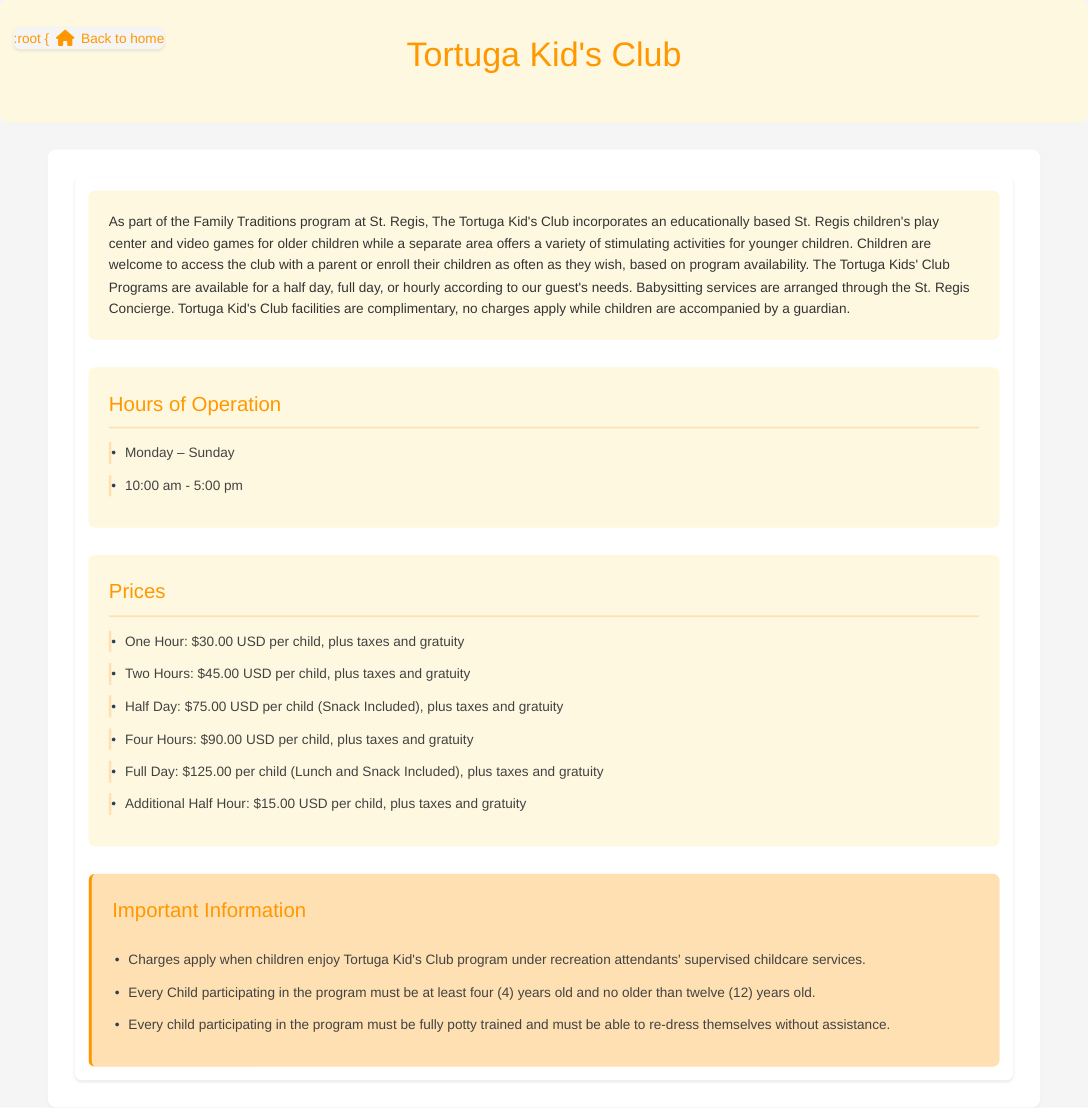
Repository: chvg1968/luxephonebook
Page: public/pages/tortuga.html
The author's editor kept a copy of each file at every save. The page is drawn from the files as they stood at one save, then again after the next save.
The browser window is 1280 px wide. The pictures show the whole page, at 85% of full size.

Above is the page before, as saved 2025-01-23 18:18:32.

### public/pages/tortuga.html
<!DOCTYPE html>
<html lang="en">
<head>
    <meta charset="UTF-8">
    <meta name="viewport" content="width=device-width, initial-scale=1.0">
    <title>Tortuga Kid's Club</title>
    <link rel="stylesheet" href="/public/assets/styles/main.css">
    <link rel="stylesheet" href="/public/assets/styles/components/tortuga.css">
    <link rel="stylesheet" href="https://cdnjs.cloudflare.com/ajax/libs/font-awesome/6.0.0/css/all.min.css">
</head>
<body>
    <main>
        <div class="property-welcome">
            <h1 id="propertyTitle">Tortuga Kid's Club</h1>
            <a href="villaclara.html" class="back-to-home">:root {

                <i class="fas fa-home"></i>
                <span>Back to home</span>
            </a>
        </div>

        <div class="property-container">
            <div class="property-content">
                <div class="property-hero">
                    <div class="property-info">
                        <div class="info-section">
                            <p>As part of the Family Traditions program at St. Regis, The Tortuga Kid's Club incorporates an educationally based St. Regis children's play center and video games for older children while a separate area offers a variety of stimulating activities for younger children. Children are welcome to access the club with a parent or enroll their children as often as they wish, based on program availability. The Tortuga Kids' Club Programs are available for a half day, full day, or hourly according to our guest's needs. Babysitting services are arranged through the St. Regis Concierge. Tortuga Kid's Club facilities are complimentary, no charges apply while children are accompanied by a guardian.</p>
                        </div>

                        <div class="info-section">
                            <h3>Hours of Operation</h3>
                            <ul class="info-list">
                                <li>Monday – Sunday</li>
                                <li>10:00 am - 5:00 pm</li>
                            </ul>
                        </div>

                        <div class="info-section">
                            <h3>Prices</h3>
                            <ul class="info-list">
                                <li>One Hour: $30.00 USD per child, plus taxes and gratuity</li>
                                <li>Two Hours: $45.00 USD per child, plus taxes and gratuity</li>
                                <li>Half Day: $75.00 USD per child (Snack Included), plus taxes and gratuity</li>
                                <li>Four Hours: $90.00 USD per child, plus taxes and gratuity</li>
                                <li>Full Day: $125.00 per child (Lunch and Snack Included), plus taxes and gratuity</li>
                                <li>Additional Half Hour: $15.00 USD per child, plus taxes and gratuity</li>
                            </ul>
                        </div>

                        <div class="info-section warning">
                            <h3>Important Information</h3>
                            <ul class="info-list">
                                <li>Charges apply when children enjoy Tortuga Kid's Club program under recreation attendants' supervised childcare services.</li>
                                <li>Every Child participating in the program must be at least four (4) years old and no older than twelve (12) years old.</li>
                                <li>Every child participating in the program must be fully potty trained and must be able to re-dress themselves without assistance.</li>
                            </ul>
                        </div>
                    </div>
                </div>
            </div>
        </div>
    </main>
</body>
</html>

### public/assets/styles/main.css
:root {
    --primary-color: #2c3e50;
    --secondary-color: #3498db;
    --background-color: #f5f5f5;
    --card-background: #ffffff;
    --text-color: #333333;
    --border-radius: 8px;
    --spacing-sm: 8px;
    --spacing-md: 16px;
    --spacing-lg: 24px;
    --shadow-sm: 0 2px 4px rgba(0, 0, 0, 0.1);
    --shadow-md: 0 4px 6px rgba(0, 0, 0, 0.1);
    --transition-speed: 0.3s;
}

* {
    margin: 0;
    padding: 0;
    box-sizing: border-box;
}

body {
    font-family: 'Helvetica Neue', Arial, sans-serif;
    line-height: 1.6;
    color: var(--text-color);
    background-color: var(--background-color);
}

.container {
    max-width: 1200px;
    margin: 0 auto;
    padding: var(--spacing-lg);
}

.two-column-layout {
    display: grid;
    grid-template-columns: 1fr 1fr;
    gap: var(--spacing-lg);
    margin-top: var(--spacing-lg);
}

.property-column {
    background-color: var(--card-background);
    border-radius: var(--border-radius);
    padding: var(--spacing-lg);
    box-shadow: var(--shadow-sm);
    order: 1;
}

.search-column {
    background-color: var(--card-background);
    border-radius: var(--border-radius);
    padding: var(--spacing-lg);
    box-shadow: var(--shadow-sm);
    order: 2;
}

.main-menu {
    list-style: none;
    padding: 0;
}

.menu-item {
    margin-bottom: var(--spacing-sm);
}

.menu-button,
.sub-menu-button {
    width: 100%;
    display: flex;
    align-items: center;
    gap: var(--spacing-md);
    padding: var(--spacing-md);
    background-color: var(--card-background);
    border: none;
    border-radius: var(--border-radius);
    color: var(--primary-color);
    font-size: 1.1em;
    cursor: pointer;
    transition: all var(--transition-speed);
    box-shadow: var(--shadow-sm);
}

.menu-button i,
.sub-menu-button i {
    font-size: 1.2em;
    width: 24px;
    text-align: center;
}

.menu-button:hover,
.sub-menu-button:hover {
    background-color: var(--secondary-color);
    color: white;
    transform: translateY(-2px);
    box-shadow: var(--shadow-md);
}

.menu-button.selected,
.sub-menu-button.selected {
    background-color: var(--primary-color);
    color: white;
}

.sub-menu {
    list-style: none;
    padding-left: var(--spacing-lg);
    margin-top: var(--spacing-sm);
    display: none; /* Oculto por defecto */
}

.menu-item:hover .sub-menu {
    display: block; /* Se muestra al hacer hover */
}

.sub-menu-item {
    margin-bottom: var(--spacing-sm);
}

.sub-menu-button {
    font-size: 0.95em;
    padding: var(--spacing-sm) var(--spacing-md);
    background-color: var(--background-color);
}

.sub-menu-button i {
    font-size: 1.1em;
}

.modal-container {
    display: none;
    position: fixed;
    top: 0;
    left: 0;
    width: 100%;
    height: 100%;
    background-color: rgba(0, 0, 0, 0.5);
    z-index: 1000;
    opacity: 0;
    transition: opacity var(--transition-speed);
}

.modal-container.active {
    display: flex;
    opacity: 1;
}

.modal-content {
    background-color: var(--card-background);
    border-radius: var(--border-radius);
    width: 90%;
    max-width: 800px;
    max-height: 90vh;
    margin: auto;
    position: relative;
    transform: translateY(-20px);
    transition: transform var(--transition-speed);
    overflow: hidden;
    display: flex;
    flex-direction: column;
}

.modal-container.active .modal-content {
    transform: translateY(0);
}

.modal-header {
    padding: var(--spacing-md);
    background-color: var(--primary-color);
    color: white;
    display: flex;
    align-items: center;
    gap: var(--spacing-md);
    position: sticky;
    top: 0;
}

.back-button {
    background: none;
    border: none;
    color: white;
    cursor: pointer;
    display: flex;
    align-items: center;
    gap: var(--spacing-sm);
    font-size: 1em;
    padding: var(--spacing-sm);
    border-radius: var(--border-radius);
    transition: background-color var(--transition-speed);
}

.back-button:hover {
    background-color: rgba(255, 255, 255, 0.1);
}

.modal-body {
    padding: var(--spacing-lg);
    overflow-y: auto;
    flex-grow: 1;
}

.search-section {
    background-color: var(--card-background);
    padding: var(--spacing-lg);
    border-radius: var(--border-radius);
    box-shadow: var(--shadow-sm);
    margin-bottom: var(--spacing-lg);
}

.search-box {
    display: flex;
    gap: var(--spacing-md);
    margin-bottom: var(--spacing-md);
}

.search-input {
    flex: 1;
    padding: var(--spacing-sm);
    border: 2px solid var(--border-color);
    border-radius: var(--border-radius);
    font-size: 1rem;
    transition: var(--transition);
    background-color: var(--card-background);
}

.search-input:focus {
    outline: none;
    border-color: var(--primary-color);
}

.category-select {
    padding: var(--spacing-sm);
    border: 2px solid var(--border-color);
    border-radius: var(--border-radius);
    font-size: 1rem;
    min-width: 200px;
    background-color: var(--card-background);
    cursor: pointer;
    transition: var(--transition);
}

.category-select:focus {
    outline: none;
    border-color: var(--primary-color);
}

.stats {
    color: var(--text-light);
    font-size: 0.9rem;
}

.results {
    display: grid;
    grid-template-columns: repeat(auto-fill, minmax(300px, 1fr));
    gap: var(--spacing-md);
    padding: var(--spacing-sm);
}

.card {
    background-color: var(--card-background);
    border-radius: var(--border-radius);
    padding: var(--spacing-md);
    box-shadow: var(--shadow-sm);
    transition: var(--transition);
}

.card:hover {
    box-shadow: var(--shadow-md);
    transform: translateY(-2px);
}

.property-welcome {
    text-align: center;
    margin-bottom: var(--spacing-lg);
    position: relative;
}

.property-image {
    width: 100%;
    max-height: 400px;
    object-fit: cover;
    border-radius: var(--border-radius);
    margin-bottom: var(--spacing-md);
}

.back-to-home {
    position: absolute;
    top: var(--spacing-md);
    left: var(--spacing-md);
    background-color: var(--background-color);
    padding: var(--spacing-xs) var(--spacing-sm);
    border-radius: var(--border-radius);
    text-decoration: none;
    color: var(--text-color);
    display: flex;
    align-items: center;
    gap: var(--spacing-xs);
    box-shadow: var(--shadow-sm);
    transition: var(--transition);
}

.back-to-home:hover {
    box-shadow: var(--shadow-md);
    transform: translateY(-2px);
}

.back-to-home i {
    font-size: 1.2rem;
}

.property-info {
    background-color: var(--card-background);
    padding: var(--spacing-md);
    border-radius: var(--border-radius);
    box-shadow: var(--shadow-sm);
}

.info-section {
    margin-bottom: var(--spacing-md);
}

.info-section:last-child {
    margin-bottom: 0;
}

.info-section h3 {
    margin-bottom: var(--spacing-sm);
    color: var(--text-color);
    font-weight: 600;
}

.info-list {
    list-style: none;
}

.info-list li {
    margin-bottom: var(--spacing-xs);
    padding-left: var(--spacing-md);
    position: relative;
}

.info-list li::before {
    content: "•";
    color: var(--primary-color);
    position: absolute;
    left: 0;
}

.warning {
    color: var(--primary-dark);
    font-weight: 500;
}

/* Estilos para las secciones de resultados */
.results-sections {
    margin-top: 2rem;
}

.category-section {
    margin-bottom: 2rem;
    scroll-margin-top: 2rem;
}

.category-section h2 {
    color: #333;
    font-size: 1.5rem;
    margin-bottom: 1rem;
    padding-bottom: 0.5rem;
    border-bottom: 2px solid #e0e0e0;
}

/* Scroll suave para toda la página */
html {
    scroll-behavior: smooth;
}

/* Ajustes responsive */
@media (max-width: 768px) {
    .two-column-layout {
        display: flex;
        flex-direction: column;
        gap: var(--spacing-md);
    }

    .property-column {
        order: 1;
    }

    .search-column {
        order: 2;
    }

    .modal-content {
        width: 95%;
        max-height: 95vh;
        margin: 10px auto;
    }

    .menu-button {
        padding: var(--spacing-sm);
    }

    .menu-button i {
        font-size: 1.1em;
    }

    .category-section {
        scroll-margin-top: 1rem;
    }
}

### public/assets/styles/components/tortuga.css
:root {
    /* Paleta de colores pastel */
    --tortuga-orange: #FFB74D;
    --tortuga-light: #FFE0B2;
    --tortuga-accent: #FF9800;
    --tortuga-bg: #FFF8E1;
    --tortuga-text: #424242;
    --tortuga-text-light: #757575;
    --tortuga-white: #FFFFFF;
  }

  .property-welcome {
    background-color: var(--tortuga-bg);
    padding: 2rem;
    border-radius: 10px;
    margin-bottom: 2rem;
    text-align: center;
  }

  .property-welcome h1 {
    color: var(--tortuga-accent);
    font-size: 2.5rem;
    font-weight: 300;
    margin-bottom: 1rem;
    font-family: 'Helvetica Neue', Arial, sans-serif;
  }

  .property-container {
    max-width: 1200px;
    margin: 0 auto;
    padding: 0 1rem;
  }

  .property-content {
    background-color: var(--tortuga-white);
    border-radius: 10px;
    box-shadow: 0 2px 4px rgba(0,0,0,0.05);
    padding: 2rem;
  }

  .info-section {
    margin-bottom: 2rem;
    padding: 1.5rem;
    border-radius: 8px;
    background-color: var(--tortuga-bg);
    transition: transform 0.3s ease;
  }

  .info-section:hover {
    transform: translateY(-2px);
  }

  .info-section h3 {
    color: var(--tortuga-accent);
    font-size: 1.5rem;
    font-weight: 400;
    margin-bottom: 1rem;
    border-bottom: 2px solid var(--tortuga-light);
    padding-bottom: 0.5rem;
  }

  .info-list {
    list-style: none;
    padding: 0;
  }

  .info-list li {
    color: var(--tortuga-text);
    margin-bottom: 0.8rem;
    padding-left: 1rem;
    border-left: 3px solid var(--tortuga-light);
    transition: border-left-color 0.3s ease;
  }

  .info-list li:hover {
    border-left-color: var(--tortuga-accent);
  }

  .warning {
    background-color: var(--tortuga-light);
    border-left: 4px solid var(--tortuga-accent);
  }

  .back-to-home {
    display: inline-flex;
    align-items: center;
    gap: 0.5rem;
    color: var(--tortuga-accent);
    text-decoration: none;
    font-weight: 500;
    transition: all 0.3s ease;
    margin-top: 1rem;
  }

  .back-to-home:hover {
    color: var(--tortuga-orange);
    transform: translateX(-5px);
  }

  .back-to-home i {
    font-size: 1.2rem;
  }

  /* Estilos responsivos */
  @media (max-width: 768px) {
    .property-welcome {
      padding: 1.5rem;
    }

    .property-welcome h1 {
      font-size: 2rem;
    }

    .property-content {
      padding: 1rem;
    }

    .info-section {
      padding: 1rem;
    }
  }

After the next save:
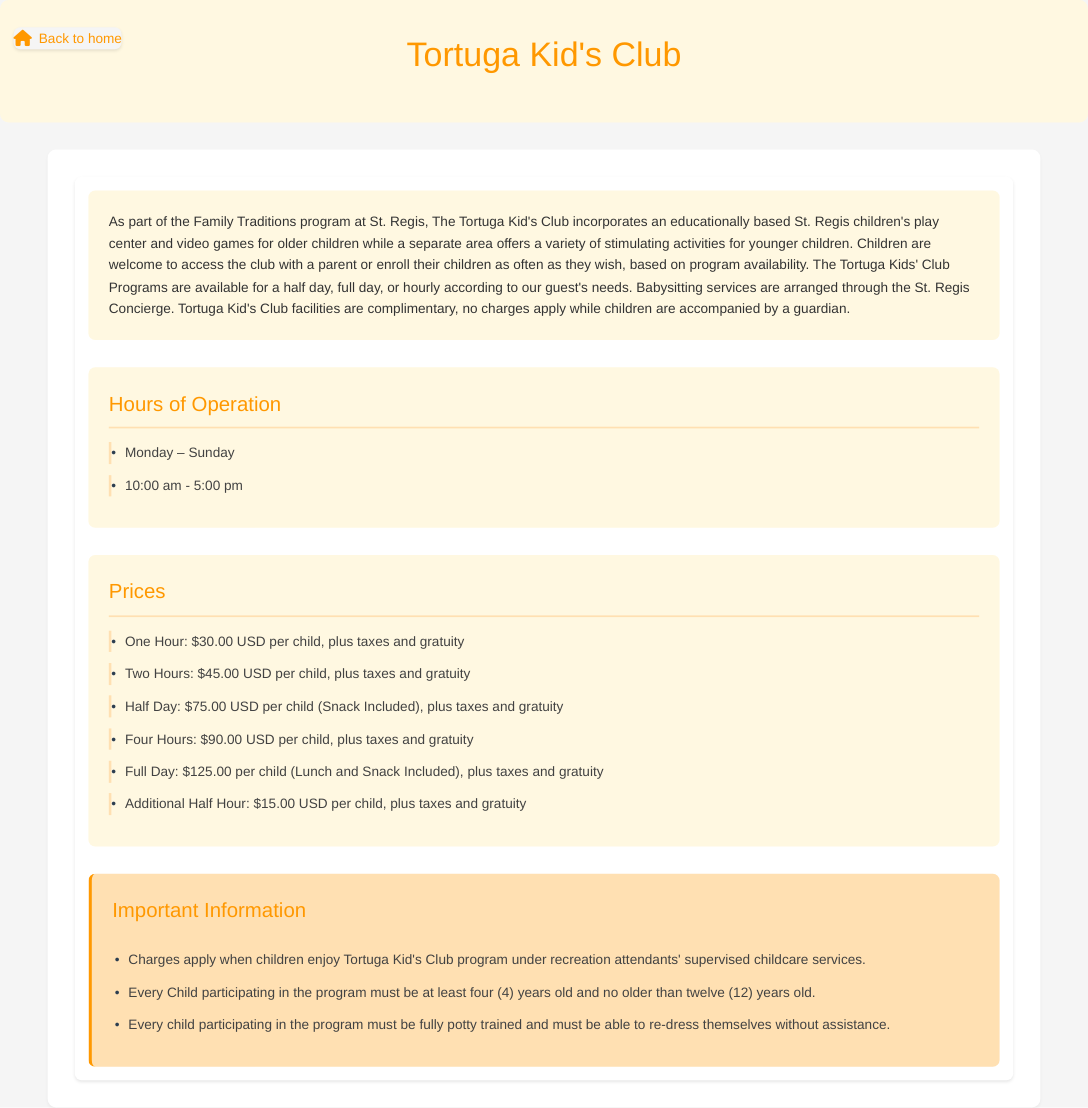
Saved 57 s later.
--- a/public/pages/tortuga.html
+++ b/public/pages/tortuga.html
@@ -12,7 +12,7 @@
     <main>
         <div class="property-welcome">
             <h1 id="propertyTitle">Tortuga Kid's Club</h1>
-            <a href="villaclara.html" class="back-to-home">:root {
+            <a href="villaclara.html" class="back-to-home">
 
                 <i class="fas fa-home"></i>
                 <span>Back to home</span>
